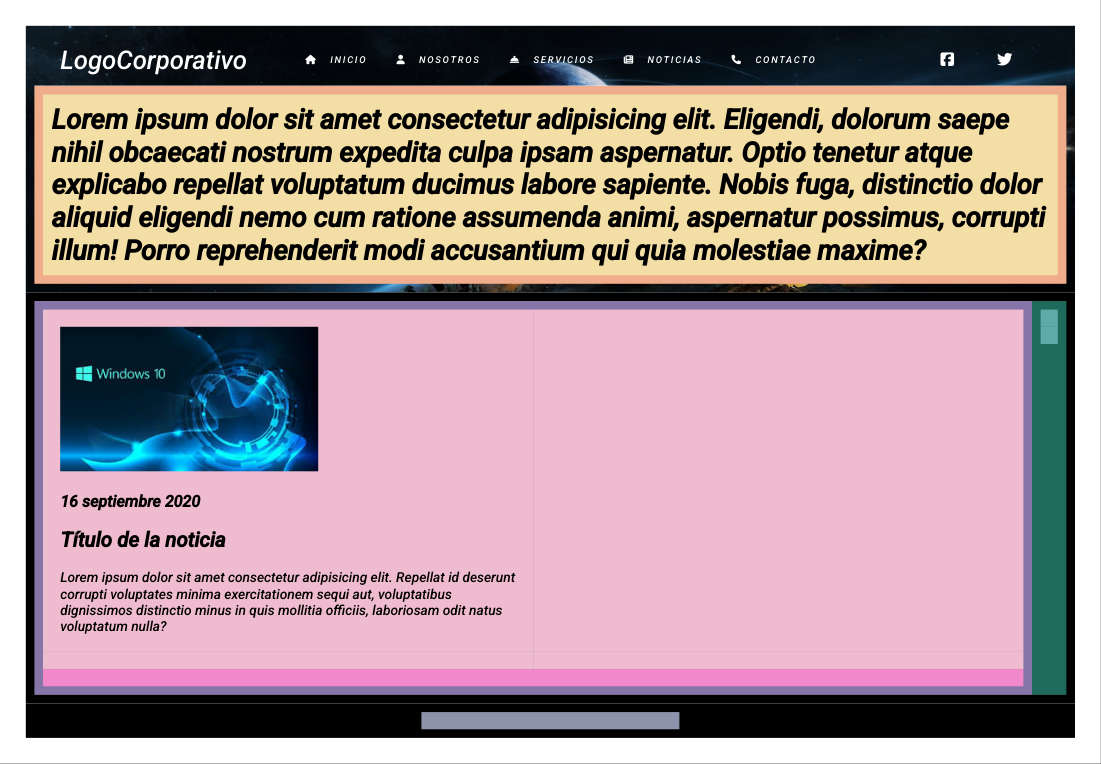
Repository: Aldo-DT/landingGree
Page: 2 CSS/pagina.html
An editor plug-in stored every save of this project. The page is shown before and after the next save, followed by the edit.
The browser window is 1280 px wide. The pictures show the whole page, at 86% of full size.
Some web libraries are served in a nearby version.

Above is the page before, as saved 2020-09-16 19:30:24.

### 2 CSS/pagina.html
<!DOCTYPE html>
<html lang="es">

<head>
    <meta charset="UTF-8">
    <meta name="viewport" content="width=device-width, initial-scale=1.0">
    <title>Document</title>
    <script src="https://kit.fontawesome.com/aaa9827a81.js" crossorigin="anonymous"></script>
    <link rel="stylesheet" href="css/font-awesome.min.css">
    <link href="https://fonts.googleapis.com/css2?family=Roboto:ital,wght@1,500&display=swap" rel="stylesheet">
    <link rel="stylesheet" href="css/pagina.css">
</head>

<body>
    <div class="padre">
        <header class="header">
            <div class="menu">
                <div class="logo">
                    <a href="index.html">LogoCorporativo</a>
                </div>
                <nav class="nav">
                    <a href="#"><i class="fas fa-home"></i> Inicio</a>
                    <a href="#"><i class="fas fa-user"></i> Nosotros</a>
                    <a href="#"><i class="fas fa-concierge-bell"></i> Servicios</a>
                    <a href="#"><i class="fas fa-newspaper"></i> Noticias</a>
                    <a href="#"><i class="fas fa-phone"></i> Contacto</a>
                </nav>
                <div class="social">
                    <div>
                        <a href="#">
                            <i class="fab fa-facebook-square"></i>
                        </a>
                    </div>
                    <div>
                        <a href="#">
                            <i class="fab fa-twitter"></i>
                        </a>
                    </div>
                </div>
            </div>
            <div class="texto-principal">
                <h1>Lorem ipsum dolor sit amet consectetur adipisicing elit. Eligendi, dolorum saepe nihil obcaecati nostrum expedita culpa ipsam aspernatur. Optio tenetur atque explicabo repellat voluptatum ducimus labore sapiente. Nobis fuga, distinctio
                    dolor aliquid eligendi nemo cum ratione assumenda animi, aspernatur possimus, corrupti illum! Porro reprehenderit modi accusantium qui quia molestiae maxime?</h1>
            </div>
        </header>
        <section class="section">
            <div class="articulos">
                <article class="article">
                    <img src="imagenes/2.jpg" alt="">
                    <h3>16 septiembre 2020</h3>
                    <h2>Título de la noticia</h2>
                    <p>Lorem ipsum dolor sit amet consectetur adipisicing elit. Repellat id deserunt corrupti voluptates minima exercitationem sequi aut, voluptatibus dignissimos distinctio minus in quis mollitia officiis, laboriosam odit natus voluptatum
                        nulla?</p>
                </article>
                <article class="article"></article>
                <article class="article"></article>
                <article class="article"></article>
                <nav class="navegacion"></nav>
            </div>
            <aside class="aside">
                <div class="publicidad"></div>
                <div class="publicidad"></div>
            </aside>
        </section>
        <footer class="footer">
            <nav class="pie"></nav>
        </footer>
    </div>
</body>

</html>

### 2 CSS/css/pagina.css
* {
    margin: 0px;
    padding: 10px;
    box-sizing: border-box;
}

body {
    font-family: 'Roboto', sans-serif;
}

a {
    text-decoration: none;
}

.padre {
    display: flex;
    flex-flow: column nowrap;
}

.header {
    background: url(../imagenes/bg-2.jpg);
    background-position: center;
    background-size: cover;
    display: flex;
    flex-flow: column nowrap;
}

.menu {
    background: rgba(0, 0, 0, .1);
    display: flex;
    flex-flow: row nowrap;
    height: 60px;
    align-items: center;
    border-bottom: 1px solid rgba(255, 255, 255, .5);
}

.logo {
    flex: 1 1 auto;
}

.logo a {
    color: #fff;
    font-size: 30px;
}

.logo a:hover {
    color: #343434;
}

.nav {
    flex: 5 1 auto;
}

.nav a {
    color: #fff;
    font-size: 11px;
    text-transform: uppercase;
    padding: 0 10px;
    letter-spacing: 2px;
}

.nav a:hover {
    color: #343434;
}

.social {
    flex: 1 1 auto;
    display: flex;
}

.social a {
    font-size: 18px;
    color: #fff;
    padding: 0 5px;
}

.social a:hover {
    color: #343434;
}

.texto-principal {
    background: #f0ad8b;
}

h1 {
    background: #f3dea6;
}

.section {
    background: #000;
    display: flex;
}

.articulos {
    background: #8675a9;
    flex: 2 1 auto;
    display: flex;
    flex-flow: row wrap;
}

.article {
    background: #efbbcf;
    flex: 1 1 40%;
}

.navegacion {
    background: #f188c9;
    flex: 1 1 100%;
}

.aside {
    background: #206a5d;
    flex: 1 1 auto;
}

.publicidad {
    background: #5eaaa8;
}

.footer {
    background: #000;
    display: flex;
    justify-content: center;
}

.pie {
    background: #8d93ab;
    width: 300px;
}

@media all and (max-width: 800px) {
    .section {
        flex-direction: column;
    }
    .menu {
        flex-direction: column;
        height: auto;
    }
    .aside {
        display: flex;
        justify-content: center;
    }
}

@media all and (max-width: 600px) {
    .articulos {
        flex-direction: column;
    }
}

@media all and (max-width: 400px) {
    .aside {
        flex-direction: column;
    }
}

Loaded but not shown: 2 CSS/css/font-awesome.min.css (library)

After the next save:
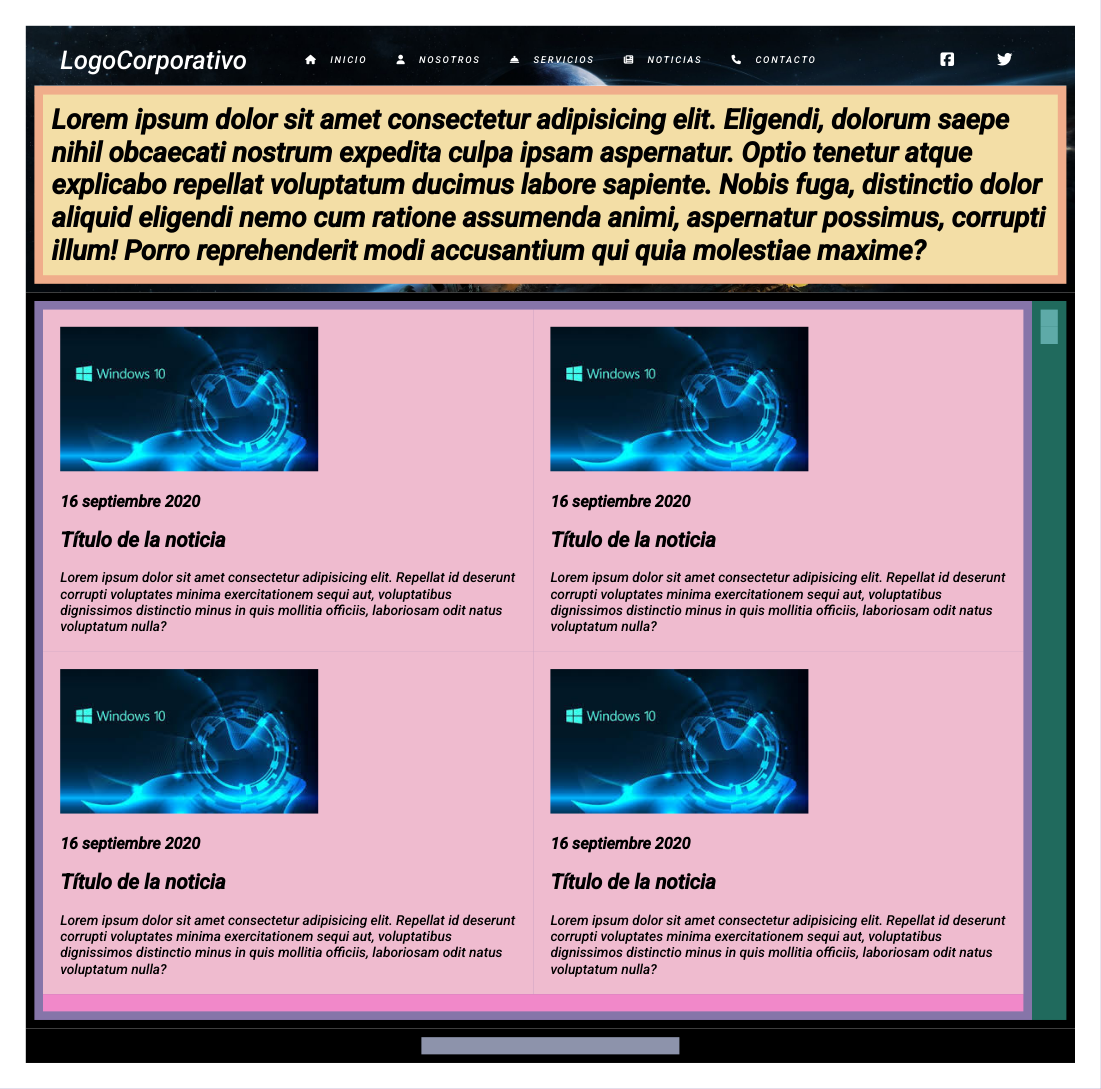
Saved 53 s later.
--- a/2 CSS/pagina.html
+++ b/2 CSS/pagina.html
@@ -50,11 +50,33 @@
                     <h3>16 septiembre 2020</h3>
                     <h2>Título de la noticia</h2>
                     <p>Lorem ipsum dolor sit amet consectetur adipisicing elit. Repellat id deserunt corrupti voluptates minima exercitationem sequi aut, voluptatibus dignissimos distinctio minus in quis mollitia officiis, laboriosam odit natus voluptatum
-                        nulla?</p>
+                        nulla?
+                    </p>
                 </article>
-                <article class="article"></article>
-                <article class="article"></article>
-                <article class="article"></article>
+                <article class="article">
+                    <img src="imagenes/2.jpg" alt="">
+                    <h3>16 septiembre 2020</h3>
+                    <h2>Título de la noticia</h2>
+                    <p>Lorem ipsum dolor sit amet consectetur adipisicing elit. Repellat id deserunt corrupti voluptates minima exercitationem sequi aut, voluptatibus dignissimos distinctio minus in quis mollitia officiis, laboriosam odit natus voluptatum
+                        nulla?
+                    </p>
+                </article>
+                <article class="article">
+                    <img src="imagenes/2.jpg" alt="">
+                    <h3>16 septiembre 2020</h3>
+                    <h2>Título de la noticia</h2>
+                    <p>Lorem ipsum dolor sit amet consectetur adipisicing elit. Repellat id deserunt corrupti voluptates minima exercitationem sequi aut, voluptatibus dignissimos distinctio minus in quis mollitia officiis, laboriosam odit natus voluptatum
+                        nulla?
+                    </p>
+                </article>
+                <article class="article">
+                    <img src="imagenes/2.jpg" alt="">
+                    <h3>16 septiembre 2020</h3>
+                    <h2>Título de la noticia</h2>
+                    <p>Lorem ipsum dolor sit amet consectetur adipisicing elit. Repellat id deserunt corrupti voluptates minima exercitationem sequi aut, voluptatibus dignissimos distinctio minus in quis mollitia officiis, laboriosam odit natus voluptatum
+                        nulla?
+                    </p>
+                </article>
                 <nav class="navegacion"></nav>
             </div>
             <aside class="aside">
